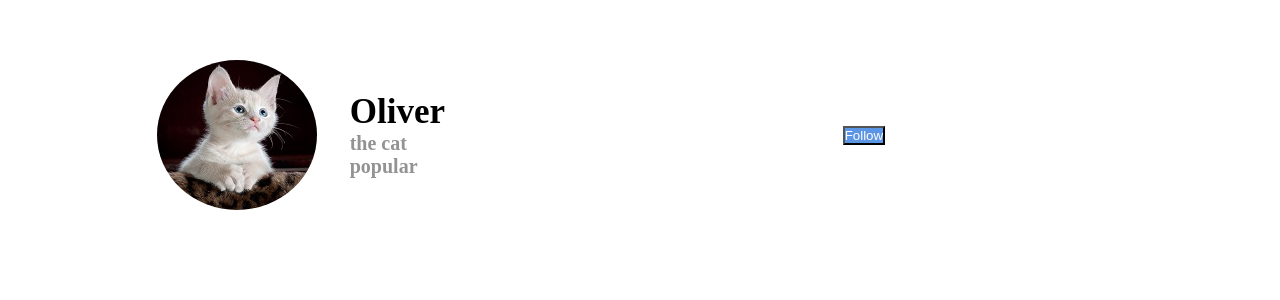
Repository: arifshahriyarnader/css-flexbox
Page: Exercise 4/index.html
An editor plug-in stored every save of this project. The page is shown before and after the next save, followed by the edit.
The browser window is 1280 px wide. The pictures show the whole page.

Above is the page before, as saved 2024-06-21 11:43:19.

### Exercise 4/index.html
<!DOCTYPE html>
<html lang="en">
<head>
    <meta charset="UTF-8">
    <meta name="viewport" content="width=device-width, initial-scale=1.0">
    <title>Document</title>
    <link rel="stylesheet" href="css/style.css">
</head>
<body>
        <div class="follow">
            <img src="images/cat1.jpg" alt="cat 1" class="follow_img">
            <div class="follow_content">
                <h3>Oliver</h3>
                <p>the cat</p>
                <p>popular</p>

            </div>
            <div></div>
            <div></div>
            <div></div>
            <div></div>
            <div></div>
            <div></div>
            <div></div>
            <div></div>
            <div></div>
            <div></div>
            <div></div>
            <button type="submit" class="btn">Follow</button>
            <div></div>
            <div></div>
            <div></div>
            <div></div>
            <div></div>
            <div></div>
            <div></div>
            <div></div>
            <div></div>
        </div>

</body>
</html>

### Exercise 4/css/style.css
*{
    margin:0;
    padding: 0;
    box-sizing: border-box;
}
.follow{
    display: flex;
    align-items: center;
    justify-content: space-around;
    margin:60px 80px;
}
.follow_img{
    border-radius: 50%;
    margin-left: 60px;
}
.follow_content h3{
    font-size: 35px;

}

.follow_content p{
    color:#939393;
    font-size: 20px;
    font-weight: bold;
}

.btn{
    background-color: #5B95E5;
    color: #fff;
    padd
}

After the next save:
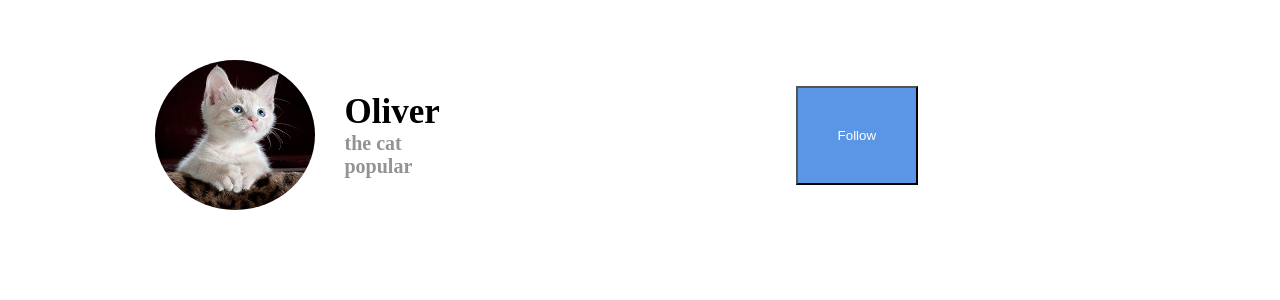
Saved 4 s later.
--- a/Exercise 4/css/style.css
+++ b/Exercise 4/css/style.css
@@ -27,5 +27,5 @@
 .btn{
     background-color: #5B95E5;
     color: #fff;
-    padd
+    padding: 40px;
 }
